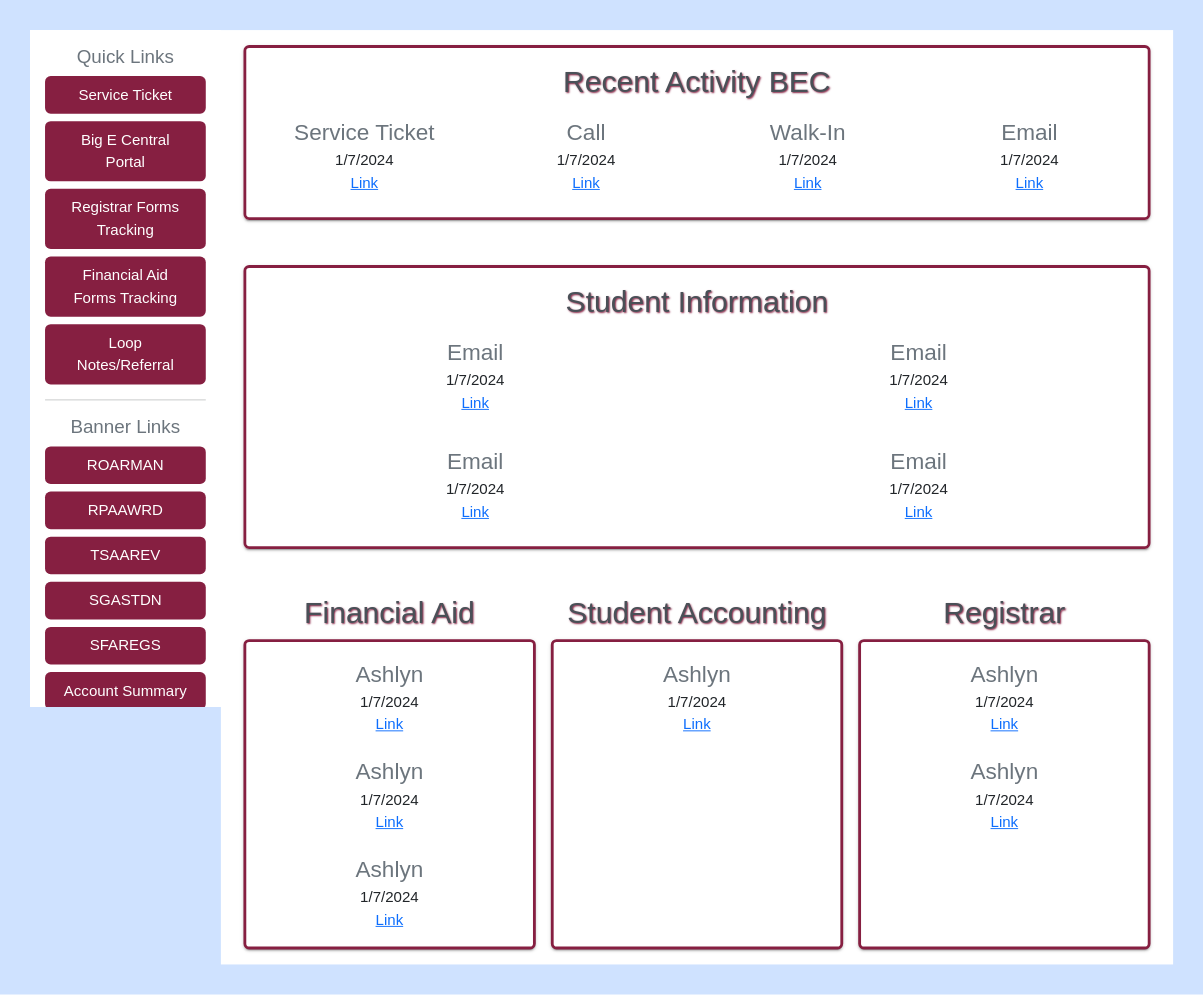
Repository: chancellor-w-whitaker/bec-tab
Page: /
An editor plug-in stored every save of this project. The page is shown before and after the next save, followed by the edit.
The browser window is 1280 px wide. The pictures show the whole page, at 94% of full size.
Some web fonts or font styles are not loaded; a fallback is used. The project was rebuilt for these pictures with package versions that can differ from the ones it lists, and the page was loaded fresh each time. Also part of the build but not shown: vite.config.js.

Above is the page before, as saved 2024-01-07 22:18:31.

### src/main.jsx
// Bootstrap Bundle JS
import "bootstrap/dist/js/bootstrap.bundle.min";
// Bootstrap CSS
import "bootstrap/dist/css/bootstrap.min.css";
import ReactDOM from "react-dom/client";
import React from "react";

import App from "./App.jsx";
import "./index.css";

ReactDOM.createRoot(document.getElementById("root")).render(
  <React.StrictMode>
    <App />
  </React.StrictMode>
);

### src/App.jsx
import { useEffect } from "react";

import "./App.css";

// const genericSentences = [
//   `It is a long established fact that a reader will be distracted by the readable content of a page when looking at its layout.`,
//   `The point of using Lorem Ipsum is that it has a more-or-less normal distribution of letters, as opposed to using 'Content here, content here', making it look like readable English.`,
//   `Many desktop publishing packages and web page editors now use Lorem Ipsum as their default model text, and a search for 'lorem ipsum' will uncover many web sites still in their infancy.`,
//   `Various versions have evolved over the years, sometimes by accident, sometimes on purpose (injected humour and the like).`,
// ];

const ekuMaroon = "#861f41";

const ekuBorder = { border: `3px solid ${ekuMaroon}` };

const SomeBlock = ({
  href = "https://www.eku.edu/",
  linkText = "Link",
  date = "1/7/2024",
  title = "Ashlyn",
  className = "",
  padding = 2,
  style = {},
}) => {
  return (
    <div
      className={`p-${padding} text-center ${className}`}
      style={{ ...style }}
    >
      <div className="fs-4 text-secondary fw-medium">{title}</div>
      <div>
        <div>{date}</div>
        <a rel="noreferrer" target="_blank" href={href}>
          {linkText}
        </a>
      </div>
    </div>
  );
};

const ShadowyTitle = ({ children = "Placeholder", className = "" }) => {
  return (
    <div
      className={`fs-2 lh-sm text-dark-emphasis ${className}`.trimEnd()}
      style={{ textShadow: `1px 1px 2px ${ekuMaroon}` }}
    >
      {children}
    </div>
  );
};

const useBodyBgVariant = (bgVariant = "body-tertiary") => {
  useEffect(() => {
    document.body.classList.add(`bg-${bgVariant}`);

    return () => {
      document.body.classList.remove(`bg-${bgVariant}`);
    };
  }, [bgVariant]);
};

const NavItem = ({ href = "https://www.eku.edu/", ...rest }) => {
  return (
    <li className="nav-item">
      <a
        style={{ backgroundColor: ekuMaroon }}
        className="nav-link active"
        aria-current="page"
        rel="noreferrer"
        target="_blank"
        href={href}
        {...rest}
      ></a>
    </li>
  );
};

const Sidebar = () => {
  return (
    <>
      <div className="sidebar-lg-sticky col-md-3 col-xl-2 p-3 bg-white overflow-auto text-break">
        <div className="d-flex flex-column text-center">
          <div className="fs-5 mb-2 lh-sm fw-medium text-secondary">
            Quick Links
          </div>
          <ul className="nav nav-pills flex-column gap-2">
            <NavItem>Service Ticket</NavItem>
            <NavItem>Big E Central Portal</NavItem>
            <NavItem>Registrar Forms Tracking</NavItem>
            <NavItem>Financial Aid Forms Tracking</NavItem>
            <NavItem>Loop Notes/Referral</NavItem>
          </ul>
        </div>
        <hr></hr>
        <div className="d-flex flex-column text-center">
          <div className="fs-5 mb-2 lh-sm fw-medium text-secondary">
            Banner Links
          </div>
          <ul className="nav nav-pills flex-column gap-2">
            <NavItem>ROARMAN</NavItem>
            <NavItem>RPAAWRD</NavItem>
            <NavItem>TSAAREV</NavItem>
            <NavItem>SGASTDN</NavItem>
            <NavItem>SFAREGS</NavItem>
            <NavItem>Account Summary</NavItem>
          </ul>
        </div>
      </div>
    </>
  );
};

const Main = () => {
  return (
    <>
      <div className="col-md-9 ms-sm-auto col-xl-10 px-md-4 py-3 bg-white">
        <div className="d-flex flex-column gap-5">
          <TopRow className="shadow-sm"></TopRow>
          <MiddleRow className="shadow-sm"></MiddleRow>
          <BottomRow></BottomRow>
        </div>
      </div>
    </>
  );
};

const TopRow = ({ className = "" }) => {
  return (
    <div
      className={`rounded text-center p-3 d-flex flex-column gap-2 ${className}`.trimEnd()}
      style={{ ...ekuBorder }}
    >
      <ShadowyTitle>Recent Activity BEC</ShadowyTitle>
      <div className="d-flex gap-3 flex-wrap text-nowrap">
        <SomeBlock
          title={"Service Ticket"}
          date={"1/7/2024"}
          className="col"
        ></SomeBlock>
        <SomeBlock date={"1/7/2024"} className="col" title={"Call"}></SomeBlock>
        <SomeBlock
          date={"1/7/2024"}
          title={"Walk-In"}
          className="col"
        ></SomeBlock>
        <SomeBlock
          date={"1/7/2024"}
          className="col"
          title={"Email"}
        ></SomeBlock>
      </div>
    </div>
  );
};

const MiddleRow = ({ className = "" }) => {
  return (
    <>
      <div
        className={`rounded text-center p-3 d-flex flex-column gap-2 ${className}`.trimEnd()}
        style={{ ...ekuBorder }}
      >
        <ShadowyTitle>Student Information</ShadowyTitle>
        <div className="d-flex gap-3 flex-wrap text-nowrap justify-content-around">
          <SomeBlock
            style={{ minWidth: 300 }}
            date={"1/7/2024"}
            className="col"
            title={"Email"}
          ></SomeBlock>
          <SomeBlock
            style={{ minWidth: 300 }}
            date={"1/7/2024"}
            className="col"
            title={"Email"}
          ></SomeBlock>
          <SomeBlock
            style={{ minWidth: 300 }}
            date={"1/7/2024"}
            className="col"
            title={"Email"}
          ></SomeBlock>
          <SomeBlock
            style={{ minWidth: 300 }}
            date={"1/7/2024"}
            className="col"
            title={"Email"}
          ></SomeBlock>
        </div>
      </div>
    </>
  );
};

const BottomRow = ({ className = "" }) => {
  return (
    <>
      <div className={`d-flex flex-row gap-3 flex-wrap ${className}`.trimEnd()}>
        <div className="d-flex flex-column gap-2 text-center col">
          <ShadowyTitle className="text-nowrap">Financial Aid</ShadowyTitle>
          <div
            className="h-100 p-2 rounded bg-white d-flex flex-column gap-1 shadow-sm"
            style={{ border: "3px solid rgb(134, 31, 65)" }}
          >
            <SomeBlock></SomeBlock>
            <SomeBlock></SomeBlock>
            <SomeBlock></SomeBlock>
          </div>
        </div>
        <div className="d-flex flex-column gap-2 text-center col">
          <ShadowyTitle className="text-nowrap">
            Student Accounting
          </ShadowyTitle>
          <div
            className="h-100 p-2 rounded bg-white d-flex flex-column gap-1 shadow-sm"
            style={{ border: "3px solid rgb(134, 31, 65)" }}
          >
            <SomeBlock></SomeBlock>
          </div>
        </div>
        <div className="d-flex flex-column gap-2 text-center col">
          <ShadowyTitle className="text-nowrap">Registrar</ShadowyTitle>
          <div
            className="h-100 p-2 rounded bg-white d-flex flex-column gap-1 shadow-sm"
            style={{ border: "3px solid rgb(134, 31, 65)" }}
          >
            <SomeBlock></SomeBlock>
            <SomeBlock></SomeBlock>
          </div>
        </div>
      </div>
    </>
  );
};

const App = () => {
  useBodyBgVariant("primary-subtle");

  return (
    <div className="container-fluid">
      <div className="row">
        <Sidebar></Sidebar>
        <Main></Main>
      </div>
    </div>
  );
};

export default App;

### src/index.css
@font-face {
  font-family: poppins;
  font-style: normal;
  font-weight: 400;
  src: local("Poppins"),
    url(https://fonts.cdnfonts.com/s/16009/Poppins-Regular.woff) format("woff");
}
@font-face {
  font-family: poppins;
  font-style: normal;
  font-weight: 400;
  src: local("Poppins"),
    url(https://fonts.cdnfonts.com/s/16009/Poppins-Regular.woff) format("woff");
}
@font-face {
  font-family: poppins;
  font-style: italic;
  font-weight: 400;
  src: local("Poppins"),
    url(https://fonts.cdnfonts.com/s/16009/Poppins-Italic.woff) format("woff");
}
@font-face {
  font-family: poppins;
  font-style: italic;
  font-weight: 400;
  src: local("Poppins"),
    url(https://fonts.cdnfonts.com/s/16009/Poppins-Italic.woff) format("woff");
}
@font-face {
  font-family: poppins;
  font-style: normal;
  font-weight: 250;
  src: local("Poppins"),
    url(https://fonts.cdnfonts.com/s/16009/Poppins-Thin.woff) format("woff");
}
@font-face {
  font-family: poppins;
  font-style: normal;
  font-weight: 250;
  src: local("Poppins"),
    url(https://fonts.cdnfonts.com/s/16009/Poppins-Thin.woff) format("woff");
}
@font-face {
  font-family: poppins;
  font-style: italic;
  font-weight: 250;
  src: local("Poppins"),
    url(https://fonts.cdnfonts.com/s/16009/Poppins-ThinItalic.woff)
      format("woff");
}
@font-face {
  font-family: poppins;
  font-style: italic;
  font-weight: 250;
  src: local("Poppins"),
    url(https://fonts.cdnfonts.com/s/16009/Poppins-ThinItalic.woff)
      format("woff");
}
@font-face {
  font-family: poppins;
  font-style: normal;
  font-weight: 275;
  src: local("Poppins"),
    url(https://fonts.cdnfonts.com/s/16009/Poppins-ExtraLight.woff)
      format("woff");
}
@font-face {
  font-family: poppins;
  font-style: normal;
  font-weight: 275;
  src: local("Poppins"),
    url(https://fonts.cdnfonts.com/s/16009/Poppins-ExtraLight.woff)
      format("woff");
}
@font-face {
  font-family: poppins;
  font-style: italic;
  font-weight: 275;
  src: local("Poppins"),
    url(https://fonts.cdnfonts.com/s/16009/Poppins-ExtraLightItalic.woff)
      format("woff");
}
@font-face {
  font-family: poppins;
  font-style: italic;
  font-weight: 275;
  src: local("Poppins"),
    url(https://fonts.cdnfonts.com/s/16009/Poppins-ExtraLightItalic.woff)
      format("woff");
}
@font-face {
  font-family: poppins;
  font-style: normal;
  font-weight: 300;
  src: local("Poppins"),
    url(https://fonts.cdnfonts.com/s/16009/Poppins-Light.woff) format("woff");
}
@font-face {
  font-family: poppins;
  font-style: normal;
  font-weight: 300;
  src: local("Poppins"),
    url(https://fonts.cdnfonts.com/s/16009/Poppins-Light.woff) format("woff");
}
@font-face {
  font-family: poppins;
  font-style: italic;
  font-weight: 300;
  src: local("Poppins"),
    url(https://fonts.cdnfonts.com/s/16009/Poppins-LightItalic.woff)
      format("woff");
}
@font-face {
  font-family: poppins;
  font-style: italic;
  font-weight: 300;
  src: local("Poppins"),
    url(https://fonts.cdnfonts.com/s/16009/Poppins-LightItalic.woff)
      format("woff");
}
@font-face {
  font-family: poppins;
  font-style: normal;
  font-weight: 500;
  src: local("Poppins"),
    url(https://fonts.cdnfonts.com/s/16009/Poppins-Medium.woff) format("woff");
}
@font-face {
  font-family: poppins;
  font-style: normal;
  font-weight: 500;
  src: local("Poppins"),
    url(https://fonts.cdnfonts.com/s/16009/Poppins-Medium.woff) format("woff");
}
@font-face {
  font-family: poppins;
  font-style: italic;
  font-weight: 500;
  src: local("Poppins"),
    url(https://fonts.cdnfonts.com/s/16009/Poppins-MediumItalic.woff)
      format("woff");
}
@font-face {
  font-family: poppins;
  font-style: italic;
  font-weight: 500;
  src: local("Poppins"),
    url(https://fonts.cdnfonts.com/s/16009/Poppins-MediumItalic.woff)
      format("woff");
}
@font-face {
  font-family: poppins;
  font-style: normal;
  font-weight: 600;
  src: local("Poppins"),
    url(https://fonts.cdnfonts.com/s/16009/Poppins-SemiBold.woff) format("woff");
}
@font-face {
  font-family: poppins;
  font-style: normal;
  font-weight: 600;
  src: local("Poppins"),
    url(https://fonts.cdnfonts.com/s/16009/Poppins-SemiBold.woff) format("woff");
}
@font-face {
  font-family: poppins;
  font-style: italic;
  font-weight: 600;
  src: local("Poppins"),
    url(https://fonts.cdnfonts.com/s/16009/Poppins-SemiBoldItalic.woff)
      format("woff");
}
@font-face {
  font-family: poppins;
  font-style: italic;
  font-weight: 600;
  src: local("Poppins"),
    url(https://fonts.cdnfonts.com/s/16009/Poppins-SemiBoldItalic.woff)
      format("woff");
}
@font-face {
  font-family: poppins;
  font-style: normal;
  font-weight: 700;
  src: local("Poppins"),
    url(https://fonts.cdnfonts.com/s/16009/Poppins-Bold.woff) format("woff");
}
@font-face {
  font-family: poppins;
  font-style: normal;
  font-weight: 700;
  src: local("Poppins"),
    url(https://fonts.cdnfonts.com/s/16009/Poppins-Bold.woff) format("woff");
}
@font-face {
  font-family: poppins;
  font-style: italic;
  font-weight: 700;
  src: local("Poppins"),
    url(https://fonts.cdnfonts.com/s/16009/Poppins-BoldItalic.woff)
      format("woff");
}
@font-face {
  font-family: poppins;
  font-style: italic;
  font-weight: 700;
  src: local("Poppins"),
    url(https://fonts.cdnfonts.com/s/16009/Poppins-BoldItalic.woff)
      format("woff");
}
@font-face {
  font-family: poppins;
  font-style: normal;
  font-weight: 800;
  src: local("Poppins"),
    url(https://fonts.cdnfonts.com/s/16009/Poppins-ExtraBold.woff)
      format("woff");
}
@font-face {
  font-family: poppins;
  font-style: normal;
  font-weight: 800;
  src: local("Poppins"),
    url(https://fonts.cdnfonts.com/s/16009/Poppins-ExtraBold.woff)
      format("woff");
}
@font-face {
  font-family: poppins;
  font-style: italic;
  font-weight: 800;
  src: local("Poppins"),
    url(https://fonts.cdnfonts.com/s/16009/Poppins-ExtraBoldItalic.woff)
      format("woff");
}
@font-face {
  font-family: poppins;
  font-style: italic;
  font-weight: 800;
  src: local("Poppins"),
    url(https://fonts.cdnfonts.com/s/16009/Poppins-ExtraBoldItalic.woff)
      format("woff");
}
@font-face {
  font-family: poppins;
  font-style: normal;
  font-weight: 900;
  src: local("Poppins"),
    url(https://fonts.cdnfonts.com/s/16009/Poppins-Black.woff) format("woff");
}
@font-face {
  font-family: poppins;
  font-style: normal;
  font-weight: 900;
  src: local("Poppins"),
    url(https://fonts.cdnfonts.com/s/16009/Poppins-Black.woff) format("woff");
}
@font-face {
  font-family: poppins;
  font-style: italic;
  font-weight: 900;
  src: local("Poppins"),
    url(https://fonts.cdnfonts.com/s/16009/Poppins-BlackItalic.woff)
      format("woff");
}
@font-face {
  font-family: poppins;
  font-style: italic;
  font-weight: 900;
  src: local("Poppins"),
    url(https://fonts.cdnfonts.com/s/16009/Poppins-BlackItalic.woff)
      format("woff");
}

:root,
[data-bs-theme="light"] {
  --bs-font-sans-serif: "Poppins", sans-serif;

  --bs-box-shadow: 0px 3px 3px -2px rgba(0, 0, 0, 0.2),
    0px 3px 4px 0px rgba(0, 0, 0, 0.14), 0px 1px 8px 0px rgba(0, 0, 0, 0.12);
  --bs-box-shadow-sm: 0px 3px 1px -2px rgba(0, 0, 0, 0.2),
    0px 2px 2px 0px rgba(0, 0, 0, 0.14), 0px 1px 5px 0px rgba(0, 0, 0, 0.12);
  --bs-box-shadow-lg: 0px 2px 4px -1px rgba(0, 0, 0, 0.2),
    0px 4px 5px 0px rgba(0, 0, 0, 0.14), 0px 1px 10px 0px rgba(0, 0, 0, 0.12);
}

@media (min-width: 768px) {
  .sidebar-lg-sticky {
    inset-block-start: 0;
    position: sticky;
    height: 100vh;
  }
}

.shadowy-title {
  -webkit-text-stroke: 1px black;
  color: white;
  text-shadow: 3px 3px 0 #000, -1px -1px 0 #000, 1px -1px 0 #000,
    -1px 1px 0 #000, 1px 1px 0 #000;
}

Loaded but not shown: index.html (common file); src/App.css (common file)

After the next save:
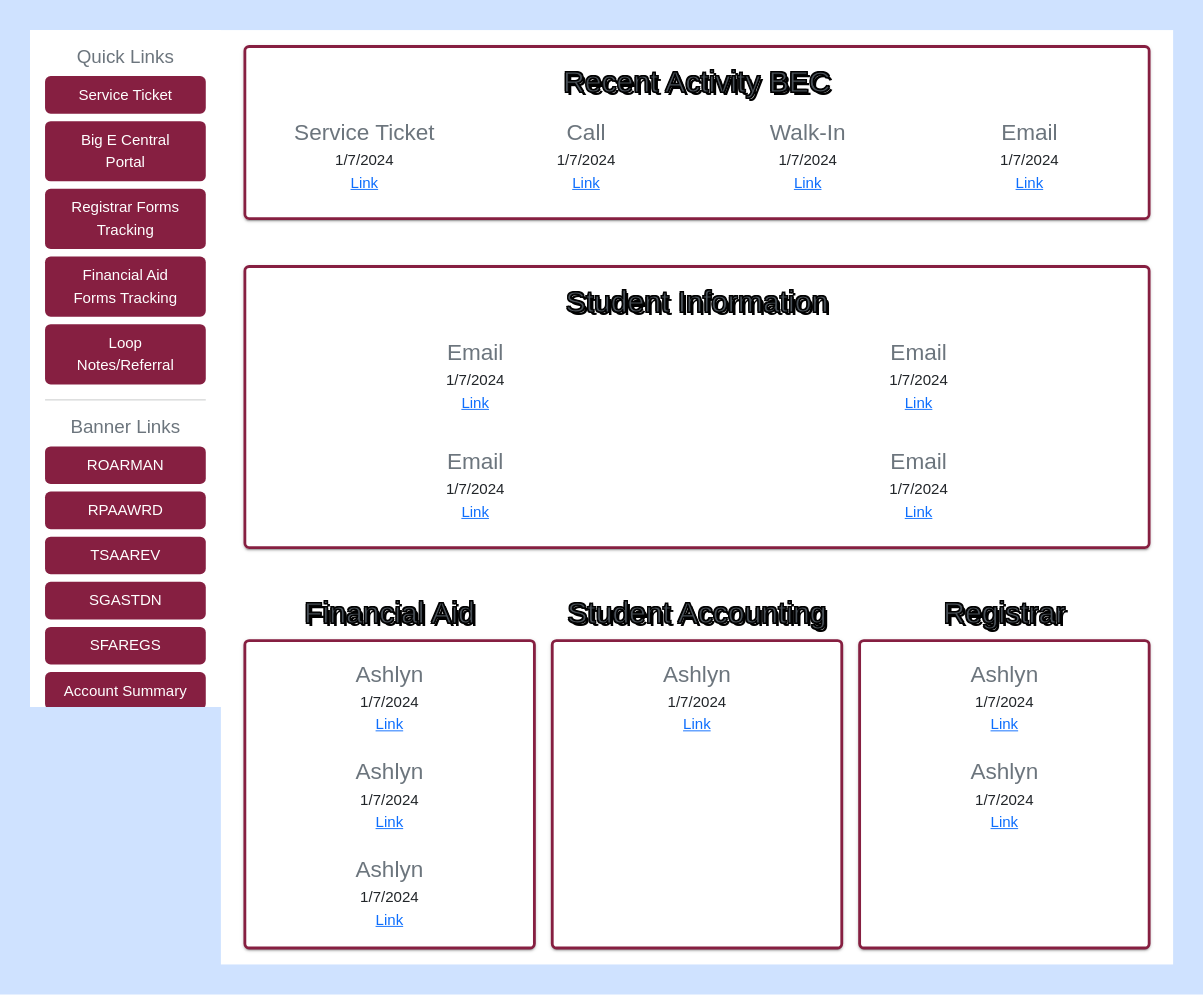
Saved 26 s later.
--- a/src/App.jsx
+++ b/src/App.jsx
@@ -41,8 +41,8 @@ const SomeBlock = ({
 const ShadowyTitle = ({ children = "Placeholder", className = "" }) => {
   return (
     <div
-      className={`fs-2 lh-sm text-dark-emphasis ${className}`.trimEnd()}
-      style={{ textShadow: `1px 1px 2px ${ekuMaroon}` }}
+      className={`fs-2 lh-sm text-dark-emphasis shadowy-title ${className}`.trimEnd()}
+      // style={{ textShadow: `1px 1px 2px ${ekuMaroon}` }}
     >
       {children}
     </div>
